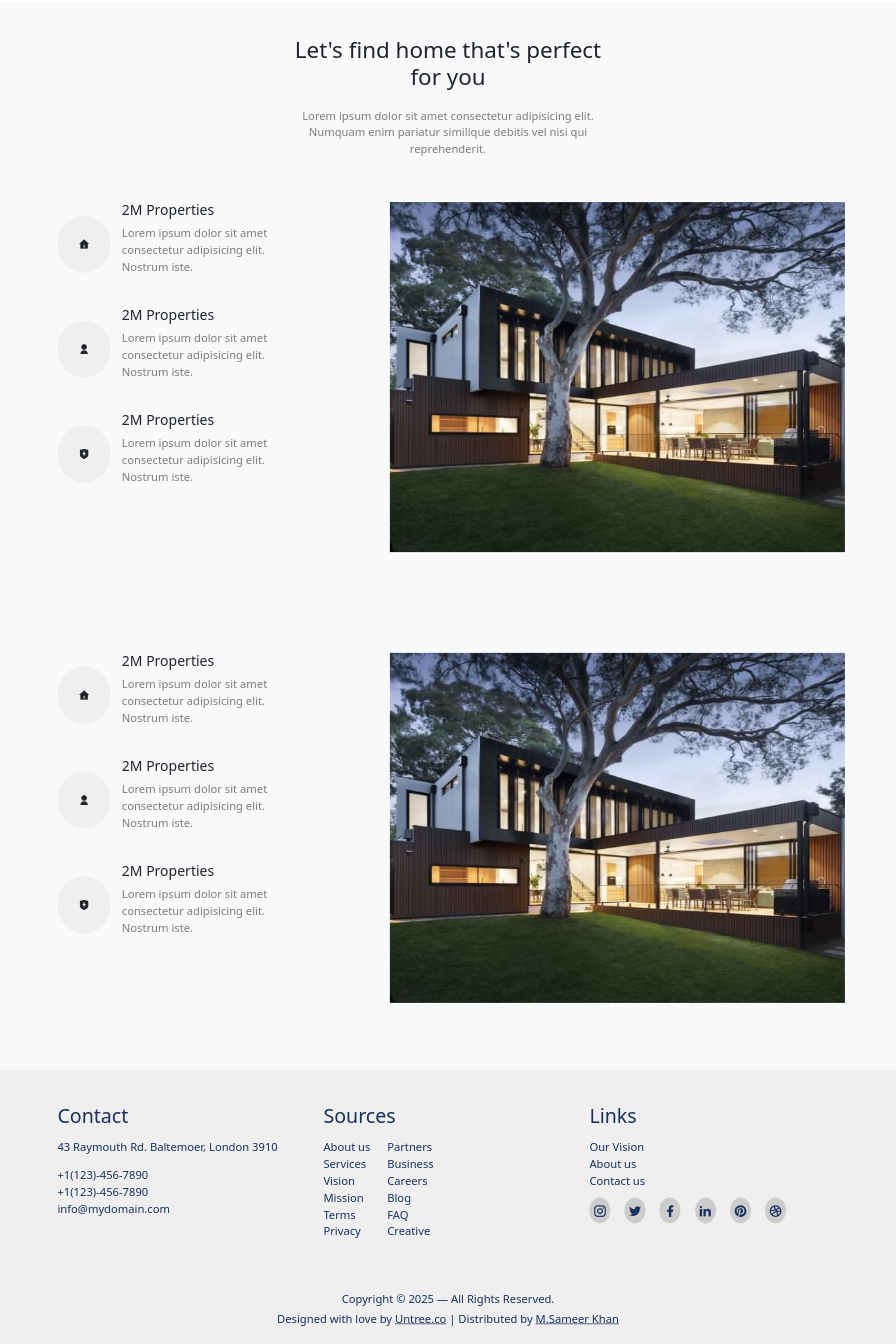
Repository: sameerrrrkhan911-git/Property
Page: about.html
The author's editor kept a copy of each file at every save. The page is drawn from the files as they stood at one save, then again after a run of saves.
The browser window is 1280 px wide. The pictures show the part of the page from y = 914 to 2834 px (the page is 2834 px tall), at 70% of full size.
Some web libraries are served in a nearby version.

Above is the page before, as saved 2025-09-28 18:38:51.
Console error: TypeError: Cannot read properties of undefined (reading 'length')

### about.html
<!DOCTYPE html>
<html lang="en">
<head>
    <meta charset="utf-8">
    <meta name="viewport" content="width=device-width, initial-scale=1">
    <title>Property</title>

    <!--====== LINKS ========-->
    <link href="https://cdn.jsdelivr.net/npm/bootstrap@5.3.8/dist/css/bootstrap.min.css" rel="stylesheet">
    <link
        href="https://fonts.googleapis.com/css2?family=Montserrat:wght@400;600&family=Open+Sans:wght@400;600&display=swap"
        rel="stylesheet">
    <link href="https://unpkg.com/aos@2.3.1/dist/aos.css" rel="stylesheet">
    <link href="https://cdn.jsdelivr.net/npm/remixicon@4.5.0/fonts/remixicon.css" rel="stylesheet">
    <link href="https://cdnjs.cloudflare.com/ajax/libs/tiny-slider/2.9.4/tiny-slider.css" rel="stylesheet">
    <link rel="stylesheet" href="assets/css/style2.css">
    <link rel="stylesheet" href="assets/css/style.css">

</head>
<body>

<!--=====HEADER=====-->
    <header>
        <section id="Right-Step">
            <div class="bg-holder overlay overlay-elixir">
            </div>

            <!-- Navbar -->
            <nav
                class="navbar navbar-expand-lg green-color p-3 mt-4 sticky-top position-absolute top-0 start-50 translate-middle-x w-75 rounded-3 shadow">
                <div class="container-fluid">
                    <!-- Brand -->
                    <a class="navbar-brand text-white fw-bold" href="#">Property</a>

                    <!-- Toggler for Mobile -->
                    <button class="navbar-toggler bg-light" type="button">
                        <span class="navbar-toggler-icon"></span>
                    </button>

                    <!-- Navbar Links -->
                    <div class="collapse navbar-collapse" id="navbarNavDropdown">
                        <ul class="navbar-nav ms-auto">
                            <li class="nav-item">
                                <a class="nav-link text-white active" aria-current="page" href="index.html">Home</a>
                            </li>
                            <li class="nav-item dropdown">
                                <a class="nav-link dropdown-toggle text-white" href="#" role="button"
                                    data-bs-toggle="dropdown" aria-expanded="false">
                                    Properties
                                </a>
                                <ul class="dropdown-menu">
                                    <li><a class="dropdown-item" href="#">Action</a></li>
                                    <li><a class="dropdown-item" href="#">Another action</a></li>
                                    <li><a class="dropdown-item" href="#">Something else here</a></li>
                                </ul>
                            </li>
                            <li class="nav-item"><a class="nav-link text-white" href="service.html">Service</a></li>
                            <li class="nav-item"><a class="nav-link text-white" href="about.html">About</a></li>
                            <li class="nav-item"><a class="nav-link text-white" href="contact.html">Contact Us</a></li>
                        </ul>
                    </div>
                </div>
            </nav>

            <!--/.bg-holder-->
            <div class="forbg py-5">
                <div class="container">

                    <div class="row justify-content-center align-items-center">
                        <div class="col-lg-9 text-center mt-5">
                            <h1 class="heading aos-init aos-animate white mt-3 fw-bold" data-aos="fade-up">About</h1>

                            <nav aria-label="breadcrumb" data-aos="fade-up" data-aos-delay="200"
                                class="aos-init aos-animate">
                                <ol class="breadcrumb text-center justify-content-center">
                                    <li class="breadcrumb-item"><a href="index.html" style="color: white;">Home</a></li>
                                    <li class="ms-2 me-2 text-white-50" aria-current="page">
                                        /
                                    </li>
                                    <li class="breadcrumb-item active text-white-50" aria-current="page">
                                        About
                                    </li>
                                </ol>
                            </nav>
                        </div>
                    </div>
                </div>
            </div><!-- end of .container-->
        </section>
    </header>

    <!--====MAIN====-->

    <main>

<div class="section">
      <div class="container">
        <div class="row text-left mb-5 py-5">
          <div class="col-12">
            <h2 class="font-weight-bold heading  mb-4">About Us</h2>
          </div>
          <div class="col-lg-6">
            <p class="text-black-50">
              Lorem ipsum dolor sit amet consectetur adipisicing elit. Numquam
              enim pariatur similique debitis vel nisi qui reprehenderit totam?
              Quod maiores.
            </p>
            <p class="text-black-50">
              Lorem ipsum dolor sit amet consectetur adipisicing elit. Magni
              saepe, explicabo nihil. Est, autem error cumque ipsum repellendus
              veniam sed blanditiis unde ullam maxime veritatis perferendis
              cupiditate, at non esse!
            </p>
            <p class="text-black-50">
              Enim, nisi labore exercitationem facere cupiditate nobis quod
              autem veritatis quis minima expedita. Cumque odio illo iusto
              reiciendis, labore impedit omnis, nihil aut atque, facilis
              necessitatibus asperiores porro qui nam.
            </p>
          </div>
          <div class="col-lg-6">
            <p class="text-black-50">
              Lorem ipsum dolor sit amet consectetur adipisicing elit. Magni
              saepe, explicabo nihil. Est, autem error cumque ipsum repellendus
              veniam sed blanditiis unde ullam maxime veritatis perferendis
              cupiditate, at non esse!
            </p>
            <p class="text-black-50">
              Enim, nisi labore exercitationem facere cupiditate nobis quod
              autem veritatis quis minima expedita. Cumque odio illo iusto
              reiciendis, labore impedit omnis, nihil aut atque, facilis
              necessitatibus asperiores porro qui nam.
            </p>
          </div>
        </div>
      </div>
    </div>

 <!--Lets find home that is perfect for you  -->

      <div class="section section-4 bg-light py-5">
        <div class="container">
          <div class="row justify-content-center text-center mb-5">
            <div class="col-lg-5">
              <h2 class="font-weight-bold mb-4">
                Let's find home that's perfect for you
              </h2>
              <p class="text-black-50">
                Lorem ipsum dolor sit amet consectetur adipisicing elit. Numquam
                enim pariatur similique debitis vel nisi qui reprehenderit.
              </p>
            </div>
          </div>
          <div class="row justify-content-between mb-5 ">

            <div class="col-lg-7 mb-5 mb-lg-0 order-lg-2">
              <div class="img-about dots">
                <img src="./assets/images/img_2.jpg" alt="Image"  width="650px" height="500px">
              </div>
            </div>
            <div class="col-lg-4">
              <div class="d-flex align-items-center marginn">
                <span class="wrap-icon me-3">
                  <span class="icon-home2" style="border-radius: 50%; padding: 30px; background-color: #efefef;"><i
                      class="ri-home-4-fill"></i></span>
                </span>
                <div class="feature-text">
                  <h3 class="fs-5">2M Properties</h3>
                  <p class="text-black-50">
                    Lorem ipsum dolor sit amet consectetur adipisicing elit.
                    Nostrum iste.
                  </p>
                </div>
              </div>

              <div class="d-flex align-items-center marginn">
                <span class="wrap-icon me-3">
                  <span class="icon-home2" style="border-radius: 50%; padding: 30px; background-color: #efefef;"><i
                      class="ri-user-fill"></i></span>
                </span>
                <div class="feature-text">
                  <h3 class="fs-5">2M Properties</h3>
                  <p class="text-black-50">
                    Lorem ipsum dolor sit amet consectetur adipisicing elit.
                    Nostrum iste.
                  </p>
                </div>
              </div>

              <div class="d-flex align-items-center marginn">
                <span class="wrap-icon me-3">
                  <span class="icon-home2" style="border-radius: 50%; padding: 30px; background-color: #efefef;"><i
                      class="ri-shield-flash-fill"></i></span>
                </span>
                <div class="feature-text">
                  <h3 class="fs-5">2M Properties</h3>
                  <p class="text-black-50">
                    Lorem ipsum dolor sit amet consectetur adipisicing elit.
                    Nostrum iste.
                  </p>
                </div>
              </div>
            </div>

          </div>
        </div>
      </div>

<!--NUMBER # 2-->

<div class="section section-4 bg-light py-5">
        <div class="container">
          <div class="row justify-content-between mb-5 ">

            <div class="col-lg-7 mb-5 mb-lg-0 order-lg-2">
              <div class="img-about dots">
                <img src="./assets/images/img_2.jpg" alt="Image"  width="650px" height="500px">
              </div>
            </div>

            <div class="col-lg-4">
              <div class="d-flex align-items-center marginn">
                <span class="wrap-icon me-3">
                  <span class="icon-home2" style="border-radius: 50%; padding: 30px; background-color: #efefef;"><i
                      class="ri-home-4-fill"></i></span>
                </span>
                <div class="feature-text">
                  <h3 class="fs-5">2M Properties</h3>
                  <p class="text-black-50">
                    Lorem ipsum dolor sit amet consectetur adipisicing elit.
                    Nostrum iste.
                  </p>
                </div>
              </div>

              <div class="d-flex align-items-center marginn">
                <span class="wrap-icon me-3">
                  <span class="icon-home2" style="border-radius: 50%; padding: 30px; background-color: #efefef;"><i
                      class="ri-user-fill"></i></span>
                </span>
                <div class="feature-text">
                  <h3 class="fs-5">2M Properties</h3>
                  <p class="text-black-50">
                    Lorem ipsum dolor sit amet consectetur adipisicing elit.
                    Nostrum iste.
                  </p>
                </div>
              </div>

              <div class="d-flex align-items-center marginn">
                <span class="wrap-icon me-3">
                  <span class="icon-home2" style="border-radius: 50%; padding: 30px; background-color: #efefef;"><i
                      class="ri-shield-flash-fill"></i></span>
                </span>
                <div class="feature-text">
                  <h3 class="fs-5">2M Properties</h3>
                  <p class="text-black-50">
                    Lorem ipsum dolor sit amet consectetur adipisicing elit.
                    Nostrum iste.
                  </p>
                </div>
              </div>

            </div>



          </div>
        </div>
      </div>


    </main>

<!-- FOOTER -->
<footer class="greyy py-5 pb-4 grey">

  <div class="container">
    <div class="row">

      <!-- Contact -->
      <div class="col-lg-4 col-md-6 mb-4">
        <h3 class="mb-3 font-color">Contact</h3>
        <address class="mb-3 font-color">43 Raymouth Rd. Baltemoer, London 3910</address>
        <ul class="list-unstyled">
          <li><a href="tel://11234567890" class=" text-decoration-none" style="color: #163060;">+1(123)-456-7890</a></li>
          <li><a href="tel://11234567890" class=" text-decoration-none" style="color: #163060;">+1(123)-456-7890</a></li>
          <li><a href="mailto:info@mydomain.com" class=" text-decoration-none" style="color: #163060;">info@mydomain.com</a></li>
        </ul>
      </div>

      <!-- Sources -->
      <div class="col-lg-4 col-md-6 mb-4">
        <h3 class="mb-3 font-color">Sources</h3>
        <div class="d-flex">
          <ul class="list-unstyled me-4">
            <li><a href="#" class="font-color text-decoration-none">About us</a></li>
            <li><a href="#" class="font-color text-decoration-none">Services</a></li>
            <li><a href="#" class="font-color text-decoration-none">Vision</a></li>
            <li><a href="#" class="font-color text-decoration-none">Mission</a></li>
            <li><a href="#" class="font-color text-decoration-none">Terms</a></li>
            <li><a href="#" class="font-color text-decoration-none">Privacy</a></li>
          </ul>
          <ul class="list-unstyled">
            <li><a href="#" class="font-color text-decoration-none">Partners</a></li>
            <li><a href="#" class="font-color text-decoration-none">Business</a></li>
            <li><a href="#" class="font-color text-decoration-none">Careers</a></li>
            <li><a href="#" class="font-color text-decoration-none">Blog</a></li>
            <li><a href="#" class="font-color text-decoration-none">FAQ</a></li>
            <li><a href="#" class="font-color text-decoration-none">Creative</a></li>
          </ul>
        </div>
      </div>

      <!-- Links & Social -->
      <div class="col-lg-4 col-md-12 mb-4">
        <h3 class="mb-3 font-color">Links</h3>
        <ul class="list-unstyled">
          <li><a href="#" class="font-color text-decoration-none">Our Vision</a></li>
          <li><a href="#" class="font-color text-decoration-none">About us</a></li>
          <li><a href="#" class="font-color text-decoration-none">Contact us</a></li>
        </ul>

        <!-- Social icons -->
        <div class="mt-3">
          <a href="#" class="font-color me-3 fs-5 roundd text-color dark-grey"><i class="ri-instagram-line"></i></a>
          <a href="#" class="font-color me-3 fs-5 roundd dark-grey" ><i class="ri-twitter-fill"></i></a>
          <a href="#" class="font-color me-3 fs-5 roundd dark-grey"><i class="ri-facebook-fill"></i></a>
          <a href="#" class="font-color me-3 fs-5 roundd dark-grey"><i class="ri-linkedin-fill"></i></a>
          <a href="#" class="font-color me-3 fs-5 roundd dark-grey"><i class="ri-pinterest-fill"></i></a>
          <a href="#" class="font-color fs-5 roundd dark-grey"><i class="ri-dribbble-line"></i></a>
        </div>
      </div>

    </div>

    <hr class="border-light">

    <!-- Copyright -->
    <div class="row">
      <div class="col-12 text-center">
        <p class="mb-1 font-color">
          Copyright © <script>document.write(new Date().getFullYear());</script> — All Rights Reserved.
        </p>
        <p class="mb-0 font-color">
          Designed with love by <a href="https://untree.co" class="font-color text-decoration-underline">Untree.co</a>
          | Distributed by <a href="https://themewagon.com/" target="_blank" class="font-color text-decoration-underline">M.Sameer Khan</a>
        </p>
      </div>
    </div>

  </div>

</footer>

  <!-- Bootstrap JS -->
  <script src="https://cdn.jsdelivr.net/npm/bootstrap@5.3.8/dist/js/bootstrap.bundle.min.js"></script>
  <!-- AOS JS -->
  <script src="https://unpkg.com/aos@2.3.1/dist/aos.js"></script>

  <script>
    AOS.init({
      duration: 1000,
      once: true
    });
  </script>

  <script src="https://cdnjs.cloudflare.com/ajax/libs/tiny-slider/2.9.4/min/tiny-slider.js"></script>

  <script>
    var slider = tns({
      container: '.property-slider',
      items: 3,
      slideBy: 1,
      autoplay: false,
      controls: true,
      nav: false,
      gutter: 20,
      controlsContainer: '.slider-controls',
      prevButton: '.prev',
      nextButton: '.next',
      responsive: {
        0: { items: 1 },
        768: { items: 2 },
        1200: { items: 3 }
      }
    });
  </script>

</body>
</html>

Loaded but not shown: assets/css/style2.css (library); assets/css/style.css (375 lines, source omitted)

After the next 2 saves:
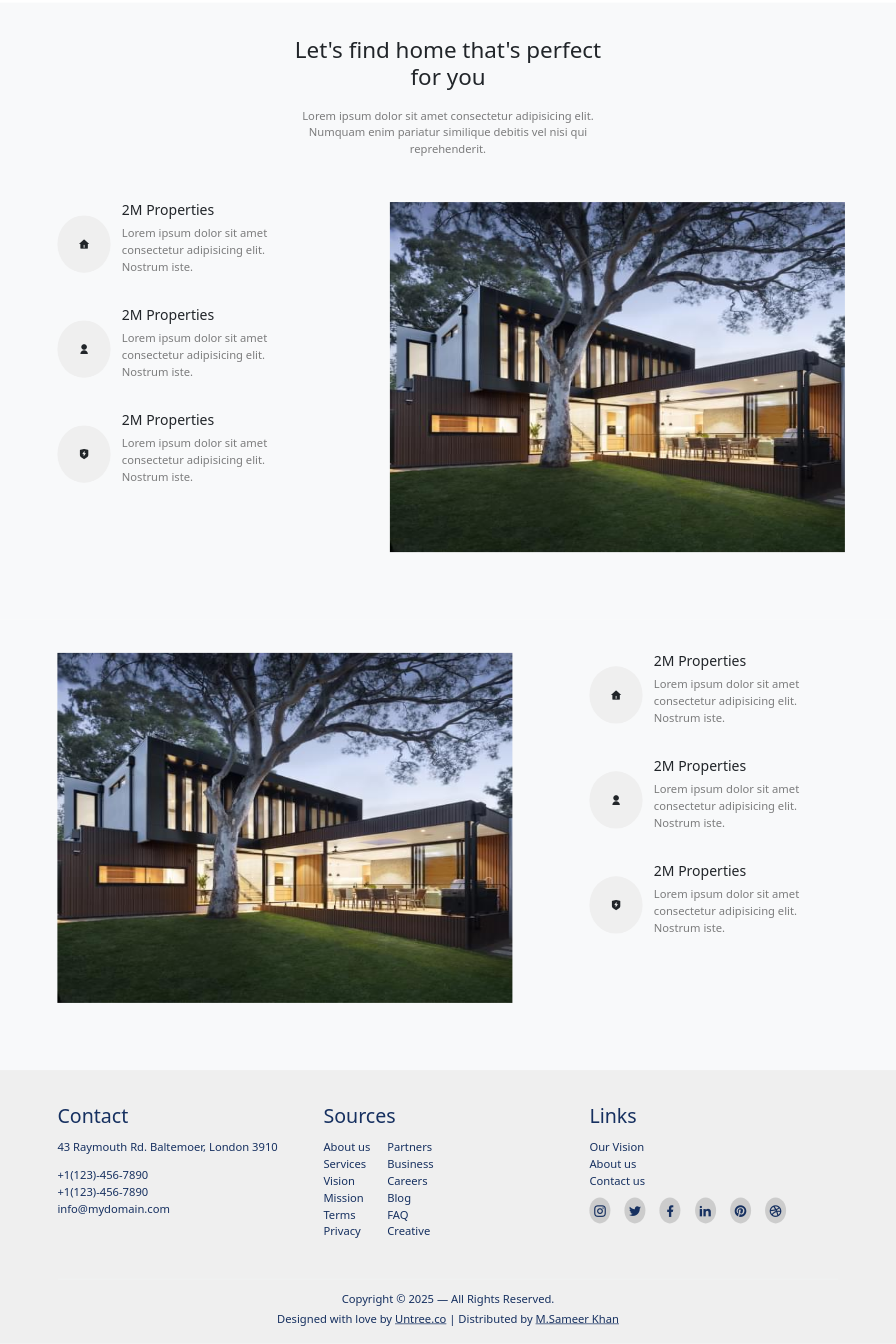
The 2 saves are shown as one change because they came seconds apart.
The last was saved 92 s later.
--- a/about.html
+++ b/about.html
@@ -209,66 +209,67 @@
 <!--NUMBER # 2-->
 
 <div class="section section-4 bg-light py-5">
-        <div class="container">
-          <div class="row justify-content-between mb-5 ">
-
-            <div class="col-lg-7 mb-5 mb-lg-0 order-lg-2">
-              <div class="img-about dots">
-                <img src="./assets/images/img_2.jpg" alt="Image"  width="650px" height="500px">
-              </div>
-            </div>
-
-            <div class="col-lg-4">
-              <div class="d-flex align-items-center marginn">
-                <span class="wrap-icon me-3">
-                  <span class="icon-home2" style="border-radius: 50%; padding: 30px; background-color: #efefef;"><i
-                      class="ri-home-4-fill"></i></span>
-                </span>
-                <div class="feature-text">
-                  <h3 class="fs-5">2M Properties</h3>
-                  <p class="text-black-50">
-                    Lorem ipsum dolor sit amet consectetur adipisicing elit.
-                    Nostrum iste.
-                  </p>
-                </div>
-              </div>
-
-              <div class="d-flex align-items-center marginn">
-                <span class="wrap-icon me-3">
-                  <span class="icon-home2" style="border-radius: 50%; padding: 30px; background-color: #efefef;"><i
-                      class="ri-user-fill"></i></span>
-                </span>
-                <div class="feature-text">
-                  <h3 class="fs-5">2M Properties</h3>
-                  <p class="text-black-50">
-                    Lorem ipsum dolor sit amet consectetur adipisicing elit.
-                    Nostrum iste.
-                  </p>
-                </div>
-              </div>
-
-              <div class="d-flex align-items-center marginn">
-                <span class="wrap-icon me-3">
-                  <span class="icon-home2" style="border-radius: 50%; padding: 30px; background-color: #efefef;"><i
-                      class="ri-shield-flash-fill"></i></span>
-                </span>
-                <div class="feature-text">
-                  <h3 class="fs-5">2M Properties</h3>
-                  <p class="text-black-50">
-                    Lorem ipsum dolor sit amet consectetur adipisicing elit.
-                    Nostrum iste.
-                  </p>
-                </div>
-              </div>
-
-            </div>
-
-
-
-          </div>
-        </div>
-      </div>
-
+  <div class="container">
+    <div class="row justify-content-between mb-5">
+
+      <!-- IMAGE COLUMN -->
+      <div class="col-lg-7 mb-5 mb-lg-0">
+        <div class="img-about dots">
+          <img src="./assets/images/img_2.jpg" alt="Image" width="650px" height="500px">
+        </div>
+      </div>
+
+      <!-- TEXT COLUMN -->
+      <div class="col-lg-4">
+        <div class="d-flex align-items-center marginn">
+          <span class="wrap-icon me-3">
+            <span class="icon-home2" style="border-radius: 50%; padding: 30px; background-color: #efefef;">
+              <i class="ri-home-4-fill"></i>
+            </span>
+          </span>
+          <div class="feature-text">
+            <h3 class="fs-5">2M Properties</h3>
+            <p class="text-black-50">
+              Lorem ipsum dolor sit amet consectetur adipisicing elit.
+              Nostrum iste.
+            </p>
+          </div>
+        </div>
+
+        <div class="d-flex align-items-center marginn">
+          <span class="wrap-icon me-3">
+            <span class="icon-home2" style="border-radius: 50%; padding: 30px; background-color: #efefef;">
+              <i class="ri-user-fill"></i>
+            </span>
+          </span>
+          <div class="feature-text">
+            <h3 class="fs-5">2M Properties</h3>
+            <p class="text-black-50">
+              Lorem ipsum dolor sit amet consectetur adipisicing elit.
+              Nostrum iste.
+            </p>
+          </div>
+        </div>
+
+        <div class="d-flex align-items-center marginn">
+          <span class="wrap-icon me-3">
+            <span class="icon-home2" style="border-radius: 50%; padding: 30px; background-color: #efefef;">
+              <i class="ri-shield-flash-fill"></i>
+            </span>
+          </span>
+          <div class="feature-text">
+            <h3 class="fs-5">2M Properties</h3>
+            <p class="text-black-50">
+              Lorem ipsum dolor sit amet consectetur adipisicing elit.
+              Nostrum iste.
+            </p>
+          </div>
+        </div>
+      </div>
+
+    </div>
+  </div>
+</div>
 
     </main>
 
